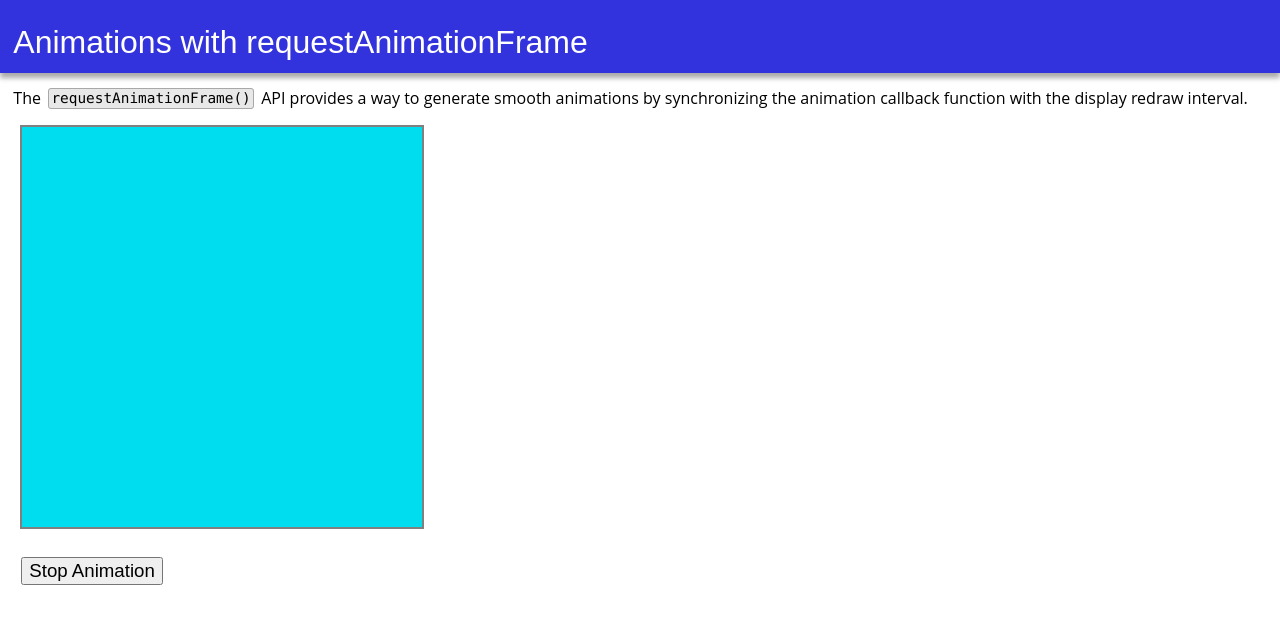
Repository: craig-o-curtis/browser-apis
Page: pages/animation.html
The author's editor kept a copy of each file at every save. The page is drawn from the files as they stood at one save, then again after a run of saves.
The browser window is 1280 px wide. The pictures show the whole page.

Above is the page before, as saved 2020-05-14 10:53:50.

### pages/animation.html
<!doctype html>
<html>
    <head>
        <title>Animation Example</title>
        <style type="text/css">
            canvas {
                border: 2px solid gray;
                margin-left: 5pt;
                margin-right: 5pt;
            }
        </style>
        <link rel="stylesheet" href="./style.css" />
    </head>

    <body>
        <h1>Animations with requestAnimationFrame</h1>
        <div id="content">
            <p>The <code>requestAnimationFrame()</code> API provides a way to generate smooth animations by
                synchronizing the animation callback function with the display redraw interval.</p>
            <canvas width="400" height="400" id="canvas1">
                Your browser does not support the Canvas element
            </canvas>
            <p>
                <button id="btnStop">Stop Animation</button>
            </p>
        </div>
        <script>
            window.addEventListener("load", init);

            // TODO: Stop the current animation when clicked
            document.getElementById("btnStop").addEventListener("click", function () {

            })

            // get a reference to the canvas element
            cvs = document.querySelector("#canvas1");
            ctx = cvs.getContext("2d");

            // set up the animation constants and initial state
            var rectX = 0, rectY = 200, rectW = 40;
            var rectDir = 2;
            var canvas = context = null;
            var animationRef = null;

            // Initializes each canvas drawing state
            function init() {
                canvas = document.getElementById('canvas1');
                context = canvas.getContext("2d");

                blank(context);

                // TODO: start the animation by requesting a time slice
                // to draw the scene updates

            }

            // Erases the given canvas and draws a colored background
            function blank(theContext) {
                // erase the canvas before each update cycle
                theContext.fillStyle = "#00ddee";
                theContext.fillRect(0, 0, theContext.canvas.width, theContext.canvas.height);
            }

            function anim(timestamp) {
                // while the object is still within the canvas, move it by a small amount
                if (rectDir > 0 && (rectX + rectW) < context.canvas.width) {
                    if ((rectX + rectW + rectDir) >= context.canvas.width) {
                        rectDir = -rectDir;
                    }
                    else {
                        rectX += rectDir;
                    }
                }
                else if (rectDir < 0 && rectX >= 0) {
                    rectX += rectDir;
                    if (rectX < 0) {
                        rectDir = -rectDir;
                    }
                }

                blank(context);
                context.fillStyle = "yellow";
                context.strokeStyle = "red";
                context.lineWidth = 3;
                context.fillRect(rectX, rectY, rectW, rectW);
                context.strokeRect(rectX, rectY, rectW, rectW);

                // TODO: request another update frame from the browser

            }
        </script>
    </body>
</html>

### pages/style.css
/*
** Styles used in the jQuery Essential Training course materials
*/
body {
    font-family: "Open Sans", sans-serif;
    font-size: 12pt;
    margin: 0;
    line-height: 1.2em;
}

body > h1 {
    background-color: #33d;
    color: white;
    font-family: Arial, Helvetica, sans-serif;
    font-weight: 100;
    margin:0;
    padding-left: 10pt;
    padding-right: 10pt;
    padding-top:25pt;
    padding-bottom: 15pt;
    box-shadow: 0px 5px 5px 0px rgba(171,171,171,1);
}

#content {
    margin: 10pt;
}

#example {
    border: 1px solid gray;
    background-color: #b3c8d0;
    font-size:14pt;
    padding-left: 10pt;
    padding-right: 10pt;
    min-height: 200px;
}

.box {
    border: 1px solid gray;
    background-color: #b3c8d0;
    font-size:14pt;
    padding-left: 10pt;
    padding-right: 10pt;
    min-height: 200px;
    width: 300px;
}

.box p {
    margin: 0 1pt 0 2pt
}

.smallbox {
    border: 1px solid gray;
    background-color: #b3c8d0;
    font-size:14pt;
    padding-left: 10pt;
    padding-right: 10pt;
    margin-bottom: 10pt;
    margin-right: 0;
    margin-left: 0;
    min-height: 150px;
    width: 200px;
}

.inline {
    display: inline-block;
}

code {
    background-color: #e8e8e8;
    border: 1px solid #a8a8a8;
    border-radius: 3px;
    padding: 1pt 2pt;
    margin: 2pt;
    font-family: "source-code-pro", Consolas, monospace;
    font-size: .9em;
}

li {
    line-height: 1.3em;
}

button {
    font-size: 14pt;
    margin: 8px;
}

#eventDetails {
    border: 1px solid #aaa;
    margin-top: 8pt;
    padding: 2pt;
}

.lineitem {
    width: 120px;
    display: inline-block
}


canvas {
    border: 2px solid gray;
    margin-left: 5pt;
    margin-right: 5pt;
}

After the next 2 saves:
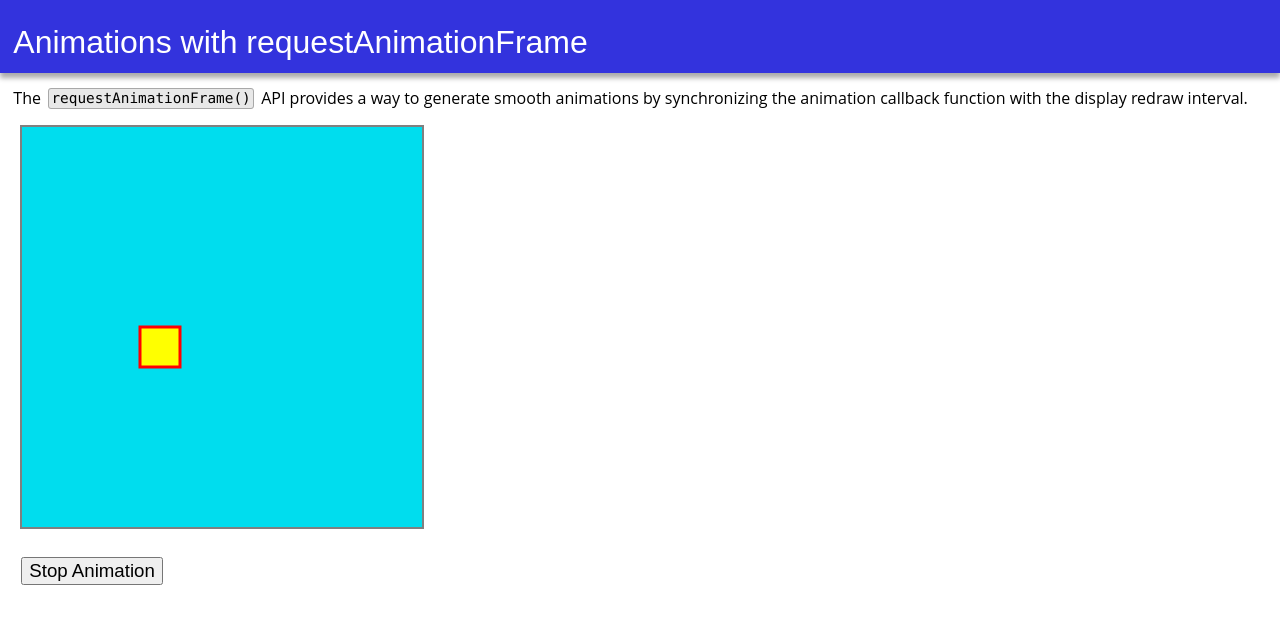
The 2 saves are shown as one change because they came seconds apart.
The last was saved 3 min 43 s later.
--- a/pages/animation.html
+++ b/pages/animation.html
@@ -29,7 +29,7 @@
 
             // TODO: Stop the current animation when clicked
             document.getElementById("btnStop").addEventListener("click", function () {
-
+                cancelAnimationFrame(animationRef);
             })
 
             // get a reference to the canvas element
@@ -51,6 +51,7 @@
 
                 // TODO: start the animation by requesting a time slice
                 // to draw the scene updates
+                animationRef = requestAnimationFrame(anim);
 
             }
 
@@ -86,7 +87,7 @@
                 context.strokeRect(rectX, rectY, rectW, rectW);
 
                 // TODO: request another update frame from the browser
-
+                animationRef = requestAnimationFrame(anim);
             }
         </script>
     </body>
